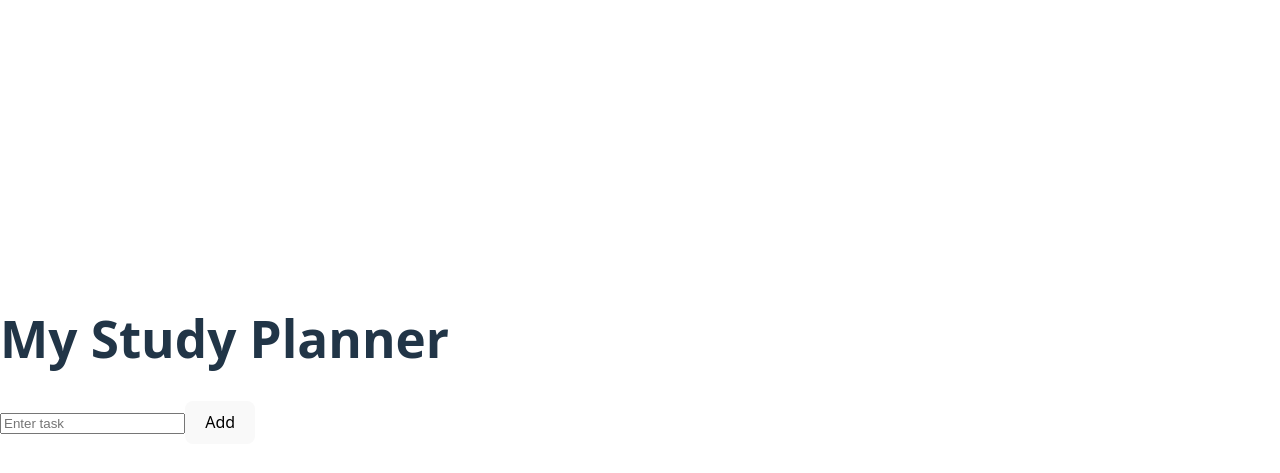
Repository: Reno-mathews/Study-Planner-MERN
Page: / (app in client/)
An editor plug-in stored every save of this project. The page is shown before and after a run of saves, followed by the edit.
The browser window is 1280 px wide. The pictures show the whole page.
The page's requests for data from a server got no answer. The project was rebuilt for these pictures with package versions that can differ from the ones it lists, and the page was loaded fresh each time. No one was signed in, and anything a server would have sent is missing. Also part of the build but not shown: client/vite.config.js.

Above is the page before, as saved 2026-01-14 07:46:59.

### client/src/App.jsx
import { useEffect, useState } from "react";

function App() {
  const [tasks, setTasks] = useState([]);
  const [newTask, setNewTask] = useState("");
  const [subject, setSubject] = useState("");

  useEffect(() => {
    fetchTasks();
  }, []);

  const fetchTasks = async () => {
    const res = await fetch("http://localhost:5000/api/tasks");
    const data = await res.json();
    setTasks(data);
  };

  const addTask = async (e) => {
    e.preventDefault();

    if(!newTask) return;

    const res = await fetch("http://localhost:5000/api/tasks", {
      method: "POST",
      headers: {
        "Content-Type": "application/json",
      },
      body: JSON.stringify({ title: newTask, subject}),
    });

    const data = await res.json();
    setTasks([...tasks, data]);
    setNewTask("");
    setSubject("");
  };

    const toggleComplete = async (id) => {
      const res = await fetch(`http://localhost:5000/api/tasks/${id}`, {
        method:"PATCH",
      });

      const updatedTask = await res.json();

      setTasks(
        tasks.map((task) =>
        task.id === id ? updatedTask : task
      )
      );
    };

    const deleteTask = async (id) => {
      await fetch(`http://localhost:5000/api/tasks/${id}`, {
        method: "DELETE",
      });

      setTasks(tasks.filter((task) => task.id !== id));
    };


  return (
    <div>
      <h1>My Study Planner</h1>

      <form onSubmit={addTask}>
        <input
          type="text"
          placeholder="Enter task"
          value={newTask}
          onChange={(e) => setNewTask(e.target.value)}
        />
        <button type="submit">Add</button>
      </form>

      {tasks.map((task) => (
        <div key={task.id}>
          <span
            style={{
              textDecoration: task.completed ? "line-through" : "none",
            }}
            >
              {task.title}
            </span>

            <button onClick={() => toggleComplete(task.id)}>
              {task.completed ? "Undo" : "Complete"}
            </button>

            <button onClick={() => deleteTask(task.id)}>
              Delete
            </button>
        </div>
      ))}
    </div>
  );
}

export default App;

Loaded but not shown: client/index.html (common file); client/src/main.jsx (common file); client/src/index.css (common file)

After the next 2 saves:
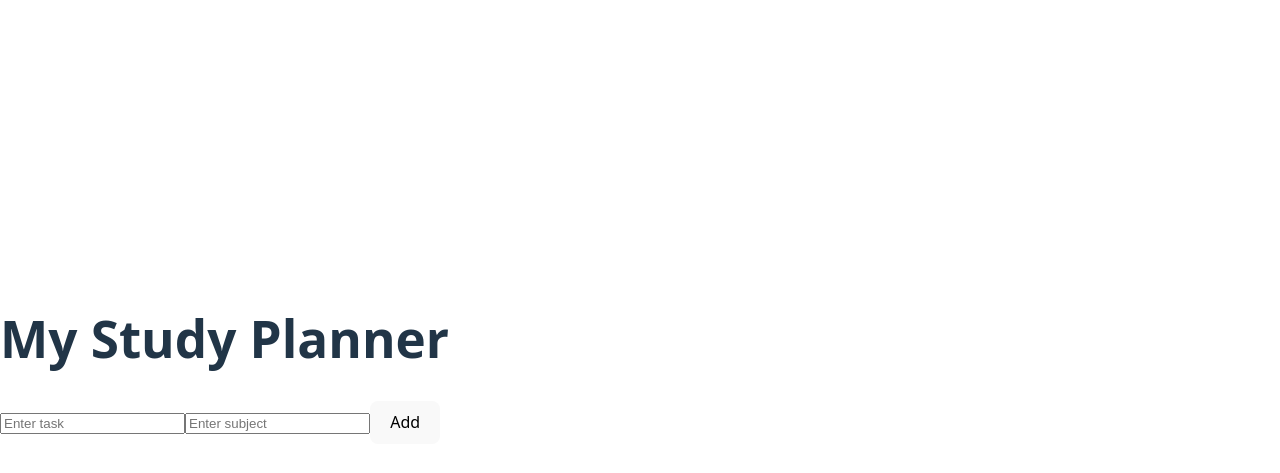
The 2 saves are shown as one change because 1 did not build or start.
The last was saved 79 s later.
--- a/client/src/App.jsx
+++ b/client/src/App.jsx
@@ -68,6 +68,13 @@ function App() {
           value={newTask}
           onChange={(e) => setNewTask(e.target.value)}
         />
+
+        <input
+          type="text"
+          placeholder="Enter subject"
+          value={subject}
+          onChange={(e) => setSubject(e.target.value)}
+        />
         <button type="submit">Add</button>
       </form>
 
